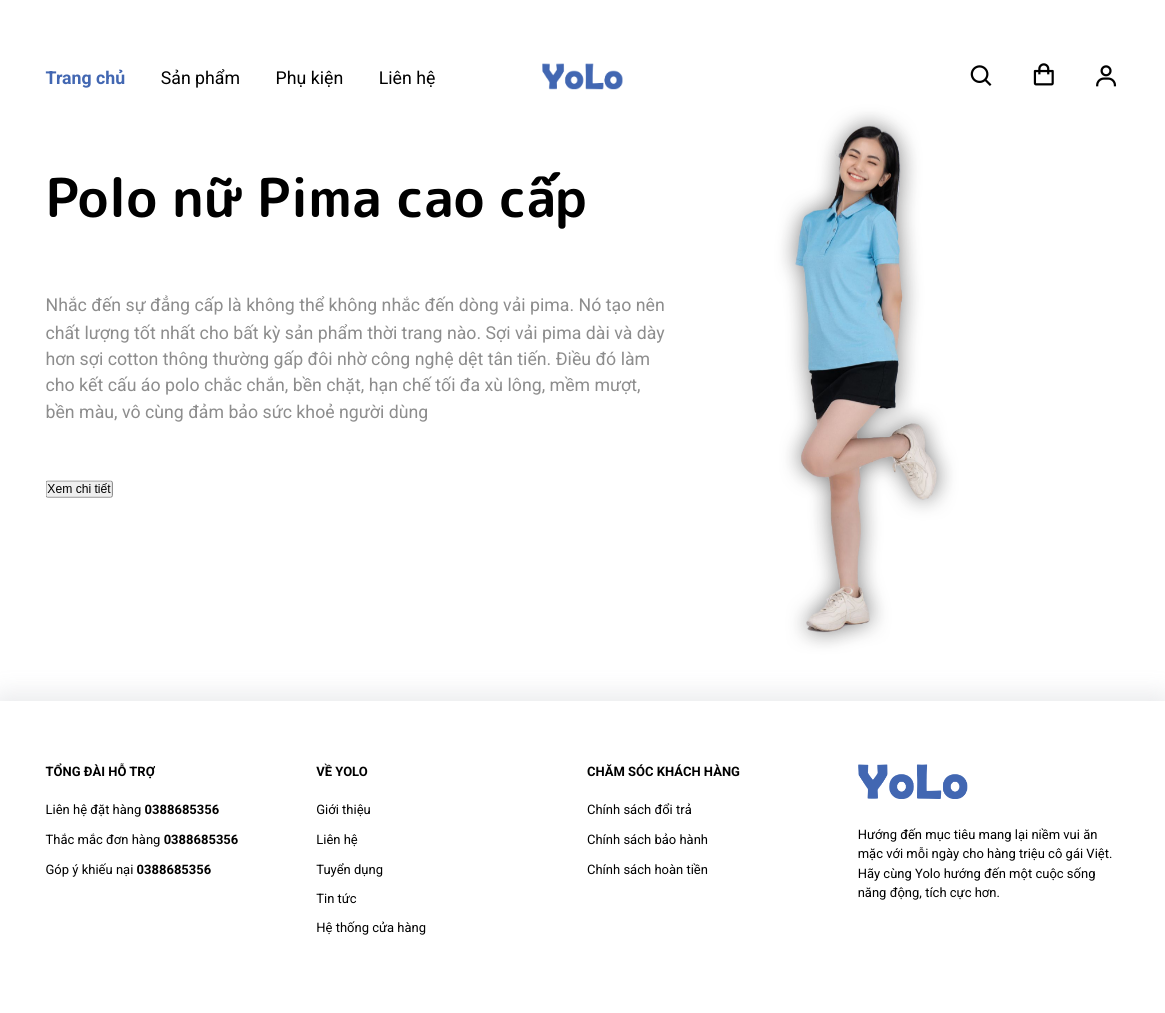
Repository: NguyenThanhBinh1210/Binh-React
Page: / (app in yoloshop/)
An editor plug-in stored every save of this project. The page is shown before and after the next save, followed by the edit.
The browser window is 1280 px wide. The pictures show the whole page, at 91% of full size.
The project was rebuilt for these pictures with package versions that can differ from the ones it lists, and the page was loaded fresh each time. A package was used in the major version that the imports need, not the one package.json lists. Also part of the build but not shown: yoloshop/src/pages/Product.jsx, yoloshop/src/pages/Catalog.jsx, yoloshop/src/pages/Cart.jsx, yoloshop/src/pages/Accessory.jsx, yoloshop/src/pages/Contact.jsx.

Above is the page before, as saved 2021-11-25 12:14:34.

### yoloshop/src/index.js
import React from 'react'
import ReactDOM from 'react-dom'
import Layout from './components/Layout'
import reportWebVitals from './reportWebVitals'
import './assets/boxicons-2.0.7/css/boxicons.min.css'
import './sass/index.scss'

ReactDOM.render(
	<React.StrictMode>
		<Layout />
	</React.StrictMode>,
	document.getElementById('root')
)

// If you want to start measuring performance in your app, pass a function
// to log results (for example: reportWebVitals(console.log))
// or send to an analytics endpoint. Learn more: https://bit.ly/CRA-vitals
reportWebVitals()

### yoloshop/src/components/Layout.jsx
import React from 'react'
import { BrowserRouter, Route } from 'react-router-dom'
import Header from './Header'
import Footer from './Footer'
import Routess from '../routes/Routess'

export default function Layout() {
	return (
		<BrowserRouter>
			<Route
				render={props => (
					<div>
						<Header {...props} />
						<div className="container">
							<div className="main">
								<Routess />
							</div>
						</div>
						<Footer />
					</div>
				)}
			/>
		</BrowserRouter>
	)
}

### yoloshop/src/sass/index.scss
@import './variables';
@import './mixins';
@import './base.scss';

@import './components/header';
@import './components/footer';
@import './components/hero-slider';

### yoloshop/src/components/Header.jsx
import React, { useEffect, useRef } from 'react'
import logo from '../assets/images/Logo-2.png'
import { Link, useLocation } from 'react-router-dom'

const mainNav = [
	{
		display: 'Trang chủ',
		path: '/'
	},
	{
		display: 'Sản phẩm',
		path: '/catalog'
	},
	{
		display: 'Phụ kiện',
		path: '/accessories'
	},
	{
		display: 'Liên hệ',
		path: '/contact'
	}
]
export default function Header() {
	const { pathname } = useLocation()
	const activeNav = mainNav.findIndex(e => e.path === pathname)
	const headerRef = React.useRef(null)

	useEffect(() => {
		window.addEventListener('scroll', () => {
			if (
				document.body.scrollTop > 80 ||
				document.documentElement.scrollTop > 80
			) {
				headerRef.current.classList.add('shrink')
			} else {
				headerRef.current.classList.remove('shrink')
			}
		})
		return () => {
			window.removeEventListener('scroll')
		}
	}, [])

	const menuLeft = useRef(null)

	const menuToggle = () => menuLeft.current.classList.toggle('active')

	return (
		<div className="header" ref={headerRef}>
			<div className="container">
				<div className="header__logo">
					<Link to="/">
						<img src={logo} alt="logo" />
					</Link>
				</div>
				<div className="header__menu">
					<div className="header__menu__mobile-toggle" onClick={menuToggle}>
						<i class="bx bx-menu-alt-left"></i>
					</div>
					<div className="header__menu__left" ref={menuLeft}>
						<div className="header__menu__left__close" onClick={menuToggle}>
							<i class="bx bx-chevron-left"></i>
						</div>
						{mainNav.map((item, index) => (
							<div
								key={index}
								className={`header__menu__item  header__menu__left__item ${
									index === activeNav ? 'active' : ''
								}`}
								onClick={menuToggle}
							>
								<Link to={item.path}>
									<span>{item.display}</span>
								</Link>
							</div>
						))}
					</div>
					<div className="header__menu__right">
						<div className="header__menu__item header__menu__right__item">
							<i class="bx bx-search"></i>
						</div>
						<div className="header__menu__item header__menu__right__item">
							<Link to="/cart">
								<i class="bx bx-shopping-bag"></i>
							</Link>
						</div>
						<div className="header__menu__item header__menu__right__item">
							<i class="bx bx-user"></i>
						</div>
					</div>
				</div>
			</div>
		</div>
	)
}

### yoloshop/src/components/Footer.jsx
import React from 'react'
import { Link } from 'react-router-dom'
import Grid from './Grid'
import logo from '../assets/images/Logo-2.png'

const footerAboutLinks = [
	{
		display: 'Giới thiệu',
		path: '/about'
	},
	{
		display: 'Liên hệ',
		path: '/contact'
	},
	{
		display: 'Tuyển dụng',
		path: '/about'
	},
	{
		display: 'Tin tức',
		path: '/about'
	},
	{
		display: 'Hệ thống cửa hàng',
		path: '/about'
	}
]

const footerCustomLinks = [
	{
		display: 'Chính sách đổi trả',
		path: '/about'
	},

	{
		display: 'Chính sách bảo hành',
		path: '/about'
	},

	{
		display: 'Chính sách hoàn tiền',
		path: '/about'
	}
]

export default function Footer() {
	return (
		<footer className="footer">
			<div className="container">
				<Grid col={4} mdCol={2} smCol={1} gap={10}>
					<div>
						<div className="footer__title">Tổng đài hỗ trợ</div>
						<div className="footer__content">
							<p>
								Liên hệ đặt hàng <strong> 0388685356</strong>
							</p>
							<p>
								Thắc mắc đơn hàng <strong> 0388685356</strong>
							</p>
							<p>
								Góp ý khiếu nại <strong> 0388685356</strong>
							</p>
						</div>
					</div>
					<div>
						<div className="footer__title">Về Yolo</div>
						<div className="footer__content">
							{footerAboutLinks.map((item, i) => (
								<p key={i} className="">
									<Link to={item.path}>{item.display}</Link>
								</p>
							))}
						</div>
					</div>
					<div>
						<div className="footer__title">Chăm sóc khách hàng</div>
						<div className="footer__content">
							{footerCustomLinks.map((item, i) => (
								<p key={i} className="">
									<Link to={item.path}>{item.display}</Link>
								</p>
							))}
						</div>
					</div>
					<div className="footer__about">
						<p>
							<Link to="/">
								<img src={logo} className="footer__logo" alt="logo" />
							</Link>
						</p>
						<p>
							Hướng đến mục tiêu mang lại niềm vui ăn mặc với mỗi ngày cho hàng
							triệu cô gái Việt. Hãy cùng Yolo hướng đến một cuộc sống năng
							động, tích cực hơn.
						</p>
					</div>
				</Grid>
			</div>
		</footer>
	)
}

### yoloshop/src/routes/Routess.jsx
import React from 'react'
import { Switch, Route } from 'react-router-dom'
import Home from '../pages/Home'
import Product from '../pages/Product'
import Catalog from '../pages/Catalog'
import Cart from '../pages/Cart'
import Accessory from '../pages/Accessory'
import Contact from '../pages/Contact'

const Routess = () => {
	return (
		<Switch>
			<Route path="/" exact component={Home}></Route>
			<Route path="/catalog/:slug" component={Product}></Route>
			<Route path="/catalog" component={Catalog}></Route>
			<Route path="/cart" component={Cart}></Route>
			<Route path="/accessories" component={Accessory}></Route>
			<Route path="/contact" component={Contact}></Route>
		</Switch>
	)
}

export default Routess

### yoloshop/src/sass/_variables.scss
$main-bg: #fff;
$main-color: #4267b2;

$txt-main-color: #000000;
$txt-second-color: #8d8d8d;
$txt-white: #fff;

$btn-main-bg: $main-color;
$btn-main-color: #fff;

$header-height: 170px;
$header-tablet-height: 70px;
$header-mobile-height: 40px;
$header-shrink-height: 70px;

$box-shadow: rgba(149, 157, 165, 0.2) 0px 0px 24px 8px;

$colors: (
	'blue': #4267b2,
	'orange': #fbb96b,
	'pink': #fe7e73,
	'white': #fff,
	'black': #000,
	'main': $main-color
);

$mobile-width: 600px;
$tablet-width: 1024px;

$numbers: (0, 1, 2, 3, 4, 5, 6, 7, 8);

### yoloshop/src/sass/_mixins.scss
@mixin flex($align-item, $justify-content) {
	display: flex;
	align-items: $align-item;
	justify-content: $justify-content;
}

@mixin mobile {
	@media only screen and (max-width: $mobile-width) {
		@content;
	}
}
@mixin tablet {
	@media only screen and (max-width: $tablet-width) {
		@content;
	}
}

### yoloshop/src/sass/_base.scss
@import url('https://fonts.googleapis.com/css2?family=Roboto:ital,wght@0,100;0,300;0,400;0,500;0,700;0,900;1,100;1,300;1,400;1,500;1,700;1,900&display=swap');

@import url('https://fonts.googleapis.com/css2?family=M+PLUS+Rounded+1c:wght@100;300;400;500;700;800;900&display=swap');

* {
	padding: 0;
	margin: 0;
	box-sizing: border-box;
	-webkit-tap-highlight-color: transparent;
	user-select: none;
}

html {
	font-size: 13px;
}

body {
	font-family: 'Roboto', sans-serif;
}

ul {
	list-style-type: none;
}

a {
	text-decoration: none;
	color: unset;
}

@each $color, $val in $colors {
	.color-#{$color} {
		color: $val;
	}

	.bg-#{$color} {
		background-color: $val;
	}
}

@each $val in $numbers {
	.grid-col-#{$val} {
		grid-template-columns: repeat($val, 1fr);
	}
}

@each $val in $numbers {
	.grid-col-md-#{$val} {
		@include tablet {
			grid-template-columns: repeat($val, 1fr);
		}
	}
}

@each $val in $numbers {
	.grid-col-sm-#{$val} {
		@include mobile {
			grid-template-columns: repeat($val, 1fr);
		}
	}
}

.container {
	width: 100%;
	max-width: 1620px;
	padding: 0 50px;
	margin: auto;

	@include tablet {
		padding: 0 20px;
	}

	@include mobile {
		padding: 0 10px;
	}
}

.main {
	margin-top: $header-height;
	margin-bottom: 2rem;
	min-height: 100vh;

	@include tablet {
		margin-top: calc(#{$header-tablet-height} + 20px);
	}
	@include mobile {
		margin-top: calc(#{$header-mobile-height} + 10px);
	}
}

.grid {
	display: grid;
}

### yoloshop/src/sass/components/_header.scss
.header {
	background-color: $main-bg;
	position: fixed;
	top: 0;
	left: 0;
	width: 100%;
	z-index: 99;
	height: $header-height;
	transition: height 0.3s ease;

	@include tablet {
		height: $header-tablet-height;
		box-shadow: $box-shadow;
	}
	@include mobile {
		height: $header-mobile-height;
	}

	.container {
		height: 100%;
	}

	&.shrink {
		height: $header-shrink-height;
		box-shadow: $box-shadow;
		z-index: 10001;
	}

	&__logo {
		@include flex(center, center);
		position: absolute;
		inset: 0;
		pointer-events: none;

		img {
			height: 28px;
		}
	}

	&__menu {
		@include flex(center, space-between);
		height: 100%;
		font-size: 1.5rem;

		&__item ~ &__item {
			margin-left: 39px;
			@include tablet {
				margin-left: 20px;
			}
			@include mobile {
				margin-left: 10px;
			}
		}
		&__item.active {
			font-weight: 600;
			color: $main-color;
		}
		&__item:hover {
			color: $main-color;
		}
		&__left,
		&__right {
			@include flex(center, center);
			height: 100%;
		}

		&__right {
			font-size: 2.25rem;
			&__item {
				@include flex(center, center);
			}
			@include mobile {
				font-size: 1.5rem;
			}
		}

		&__left {
			&__close {
				display: none;
			}

			@include tablet {
				flex-direction: column;
				background-color: $main-bg;
				position: absolute;
				left: 0;
				top: 0;
				width: 100%;
				height: 100vh;
				justify-content: flex-start;
				padding-top: 30px;
				transform: translateX(-100%);
				transition: transform 0.5s ease;

				&.active {
					transform: translateX(0);
				}

				&__item ~ &__item {
					margin-left: unset;
					margin-top: 20px;
				}
				&__close {
					display: block;
					position: absolute;
					left: 20px;
					font-size: 2.5rem;
				}
			}
		}
		&__mobile-toggle {
			display: none;

			@include tablet {
				display: block;
				font-size: 2.5rem;
			}
		}
	}
}

### yoloshop/src/sass/components/_footer.scss
.footer {
	padding: 70px 0;
	box-shadow: $box-shadow;
	font-size: 1.1rem;
	a:hover {
		color: $main-color;
	}
	&__logo {
		height: 38px;
	}
	&__about {
		p {
			margin-bottom: 2rem;
		}
		p:not(:first-child) {
			line-height: 1.5;
		}
	}
	&__title {
		text-transform: uppercase;
		margin-bottom: 2rem;
		font-weight: 600;
	}
	&__content {
		p {
			margin-bottom: 1.25rem;
		}
	}
}

### yoloshop/src/sass/components/_hero-slider.scss
.hero-slider {
	height: 100vh;
	max-height: 1080px;
	overflow: hidden;
	position: relative;
	margin-bottom: 50px;
	margin-top: calc(#{$header-height} * -1);
	@include tablet {
		margin-top: calc(#{$header-tablet-height} * -1);
	}
	@include mobile {
		margin-top: calc(#{$header-mobile-height} * -1);
	}
	&__item {
		@include flex(center, space-between);
		opacity: 0;
		visibility: hidden;
		pointer-events: none;
		position: absolute;
		inset: 0;
		&.active {
			opacity: 1;
			visibility: visible;
			pointer-events: visible;
		}
		&__info {
			width: 58.33%;
			&__title,
			&__description {
				margin-bottom: 60px;

				@include tablet {
					margin-bottom: 15px;
				}
			}
			&__title {
				font-family: 'M Plus Rounded 1c', sans-serif;
				font-weight: 600;
				font-size: 4.5rem;
				line-height: 6.75rem;
				overflow: hidden;
			}
			&__description {
				color: $txt-second-color;
				font-size: 1.5rem;
				line-height: 2.25rem;
				overflow: hidden;
			}
			&__btn {
				overflow: hidden;
			}
		}
		&__image {
			flex-grow: 1;
			position: relative;
			height: 100%;
			z-index: 1000;
			pointer-events: none;
			@include flex(flex-end, flex-start);
			img {
				height: 90vh;
			}
		}
	}
}

### yoloshop/src/components/Grid.jsx
import React from 'react'
import PropTypes from 'prop-types'

const Grid = props => {
	const style = {
		gap: props.gap ? `${props.gap}px` : '0'
	}
	const col = props.col ? `grid-col-${props.col}` : '0'
	const mdCol = props.mdCol ? `grid-col-${props.mdCol}` : '0'
	const smCol = props.smCol ? `grid-col-${props.smCol}` : '0'
	return (
		<div className={`grid ${col} ${mdCol} ${smCol}`} style={style}>
			{props.children}
		</div>
	)
}

Grid.propTypes = {
	col: PropTypes.number.isRequired,
	mdCol: PropTypes.number,
	smCol: PropTypes.number,
	gap: PropTypes.number
}

export default Grid

### yoloshop/src/pages/Home.jsx
import React from 'react'
import heroSliderData from '../assets/fake-data/hero-slider'
import Helmet from '../components/Helmet'
import HeroSlider from '../components/HeroSlider'

const Home = () => {
	return (
		<Helmet title="Trang chủ">
			{/* Hero slider */}
			<HeroSlider data={heroSliderData} />
		</Helmet>
	)
}

export default Home

### yoloshop/src/assets/fake-data/hero-slider.js
const img1 = require('../images/slider/slide_1.png').default
const img2 = require('../images/slider/slide_2.png').default
const img3 = require('../images/slider/slide_3.png').default

const heroSliderData = [
	{
		title: 'Polo nữ Pima cao cấp',
		description:
			'Nhắc đến sự đẳng cấp là không thể không nhắc đến dòng vải pima. Nó tạo nên chất lượng tốt nhất cho bất kỳ sản phẩm thời trang nào. Sợi vải pima dài và dày hơn sợi cotton thông thường gấp đôi nhờ công nghệ dệt tân tiến. Điều đó làm cho kết cấu áo polo chắc chắn, bền chặt, hạn chế tối đa xù lông, mềm mượt, bền màu, vô cùng đảm bảo sức khoẻ người dùng',
		img: img1,
		color: 'blue',
		path: '/catalog/ao-thun-dinosaur-01'
	},
	{
		title: 'Polo Nữ Dáng Suông Modal',
		description:
			'Polo nữ dáng suông Modal sử dụng công nghệ vải cao cấp thân thiện với môi trường sản xuất độc quyền chống co rút vải, áo polo nữ vải modal là sản phẩm thích hợp cho các bạn có môi trường làm việc năng động như hiện nay',
		img: img2,
		path: '/catalog/ao-thun-dinosaur-02',
		color: 'pink'
	},
	{
		title: 'Polo Nữ Coolmax Lacoste',
		description:
			'Mẫu áo polo nữ được làm bằng chất liệu coolmax đem lại cảm giác mát lạnh khi mặc. Thiết kế mẫu áo polo coolmax này có kiểu dáng cực kỳ thoải mái. Tạo sự gọn gàng hứa hẹn sẽ là mẫu áo polo vô cùng hot trong thời điểm sắp tới',
		img: img3,
		path: '/catalog/ao-thun-dinosaur-03',
		color: 'orange'
	}
]

export default heroSliderData

### yoloshop/src/components/Helmet.jsx
import React from 'react'
import PropTypes from 'prop-types'

const Helmet = props => {
	document.title = 'Yolo - ' + props.title

	return <div>{props.children}</div>
}

Helmet.propTypes = {
	title: PropTypes.string.isRequired
}

export default Helmet

### yoloshop/src/components/HeroSlider.jsx
import React from 'react'
import PropTypes from 'prop-types'
import { Link } from 'react-router-dom'

const HeroSlider = props => {
	const data = props.data
	const activeSlider = 0
	return (
		<div className="hero-slider">
			{data.map((item, index) => (
				<HeroSliderItem
					key={index}
					item={item}
					active={index === activeSlider}
				/>
			))}
		</div>
	)
}

HeroSlider.propTypes = {
	data: PropTypes.array.isRequired
}

const HeroSliderItem = props => (
	<div className={`hero-slider__item ${props.active ? 'active' : ''}`}>
		<div className="hero-slider__item__info">
			<div className="hero-slider__item__info__title">
				<span> {props.item.title}</span>
			</div>
			<div className="hero-slider__item__info__description">
				<span> {props.item.description}</span>
			</div>
			<div className="hero-slider__item__info__btn">
				<Link to={props.item.path}>
					<button>Xem chi tiết</button>
				</Link>
			</div>
		</div>
		<div className="hero-slider__item__image">
			<img src={props.item.img} alt={props.item.title} />
		</div>
	</div>
)

export default HeroSlider

Loaded but not shown: yoloshop/public/index.html (common file); yoloshop/src/reportWebVitals.js (common file); yoloshop/src/assets/boxicons-2.0.7/css/boxicons.min.css (library)

After the next save:
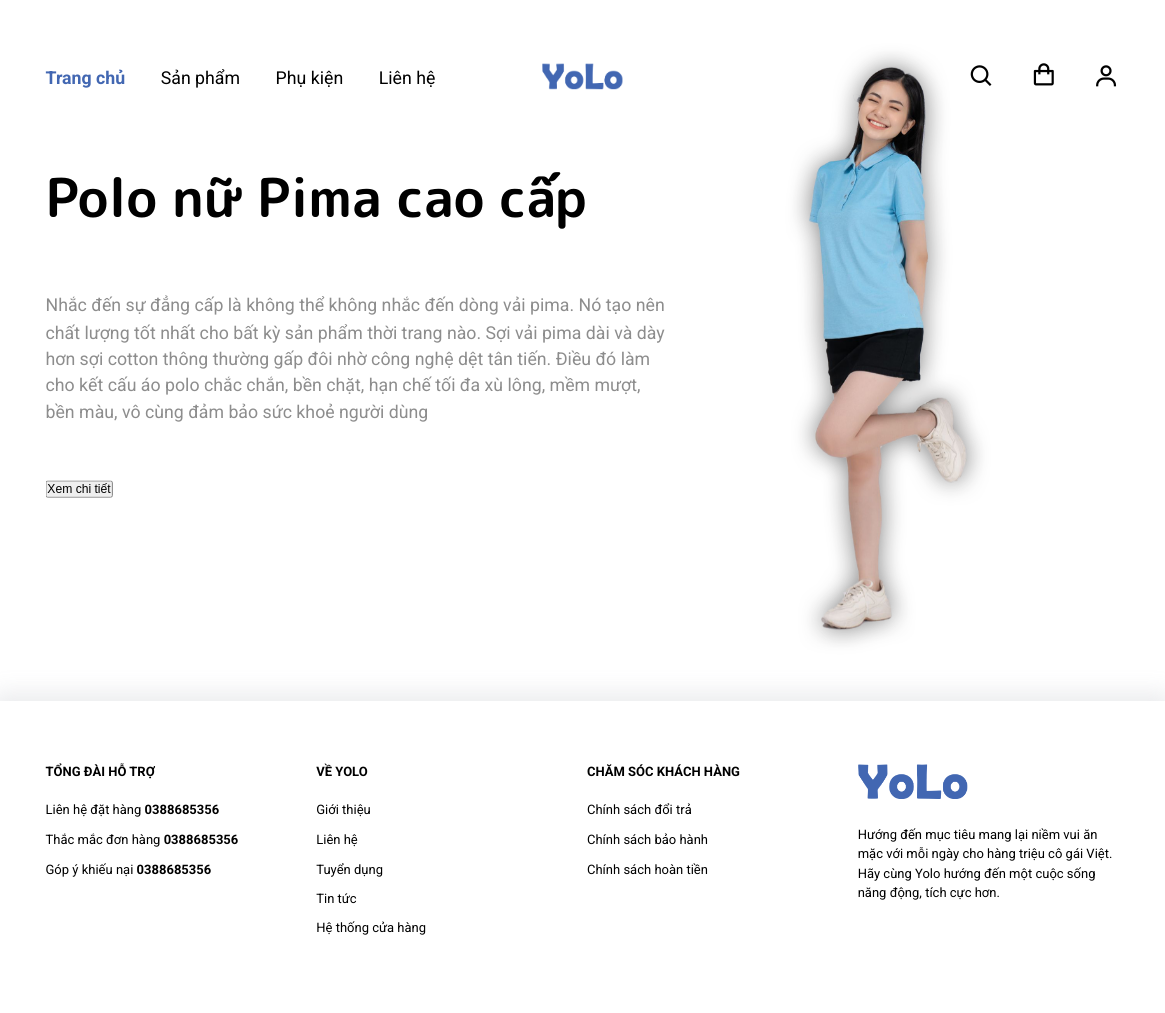
Saved 27 s later.
--- a/yoloshop/src/sass/components/_hero-slider.scss
+++ b/yoloshop/src/sass/components/_hero-slider.scss
@@ -58,7 +58,7 @@
 			pointer-events: none;
 			@include flex(flex-end, flex-start);
 			img {
-				height: 90vh;
+				height: 100vh;
 			}
 		}
 	}
